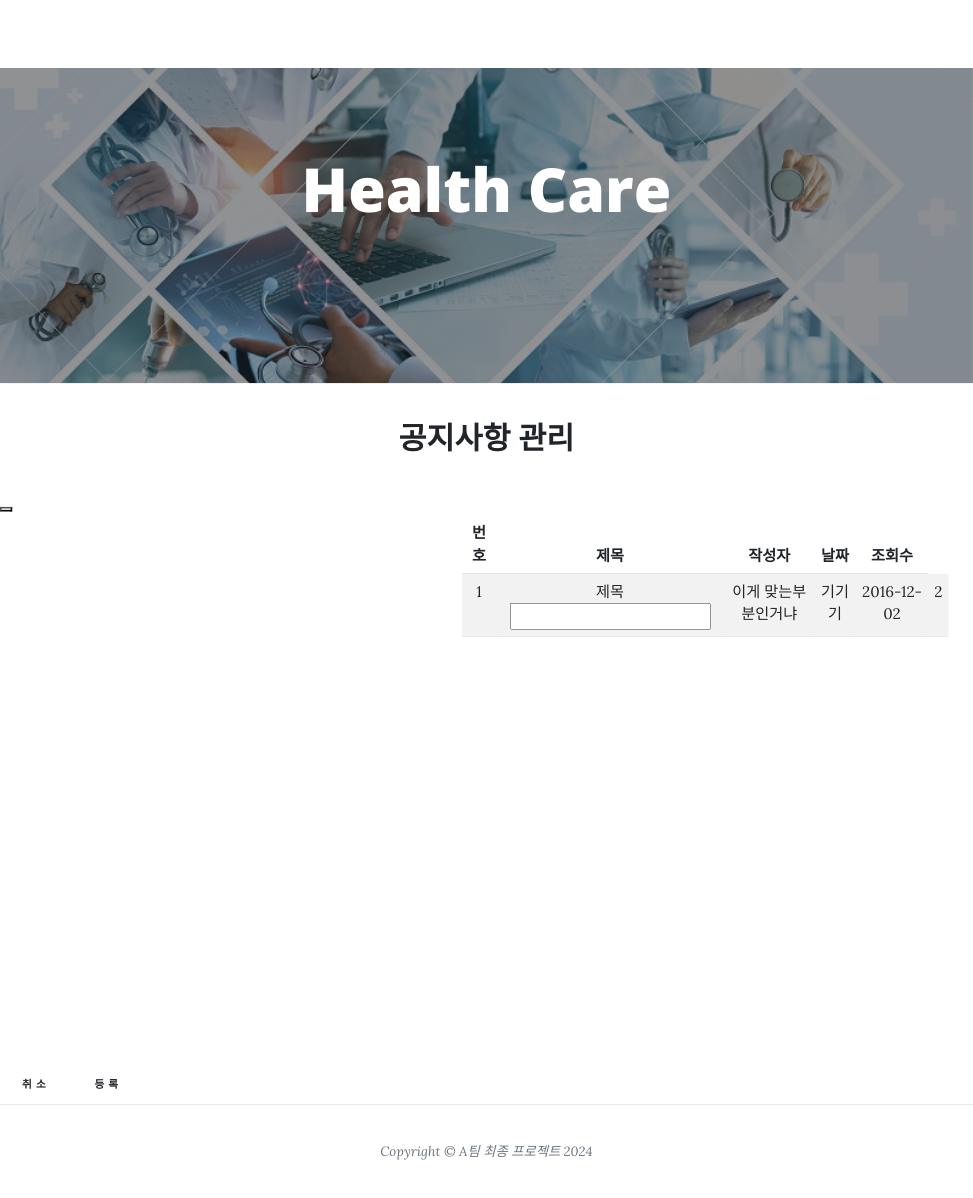
Repository: honsb91/project
Page: http://localhost/hospital/admin/notice.jsp
These files come from the project's save history. The page is drawn as it stood at one moment and after the next save; the edit follows.
The browser window is 1280 px wide. The pictures show the whole page, at 76% of full size.
Some web libraries are served in a nearby version. The page is served by Tomcat 9. Nobody is signed in. The application's start-up code is not run. The template is opened directly, without the code that normally fills it, so the values that code supplies are empty.

Above is the page before, as saved 2024-02-02 04:07:38.
Console error: ReferenceError: $ is not defined

After the next save:
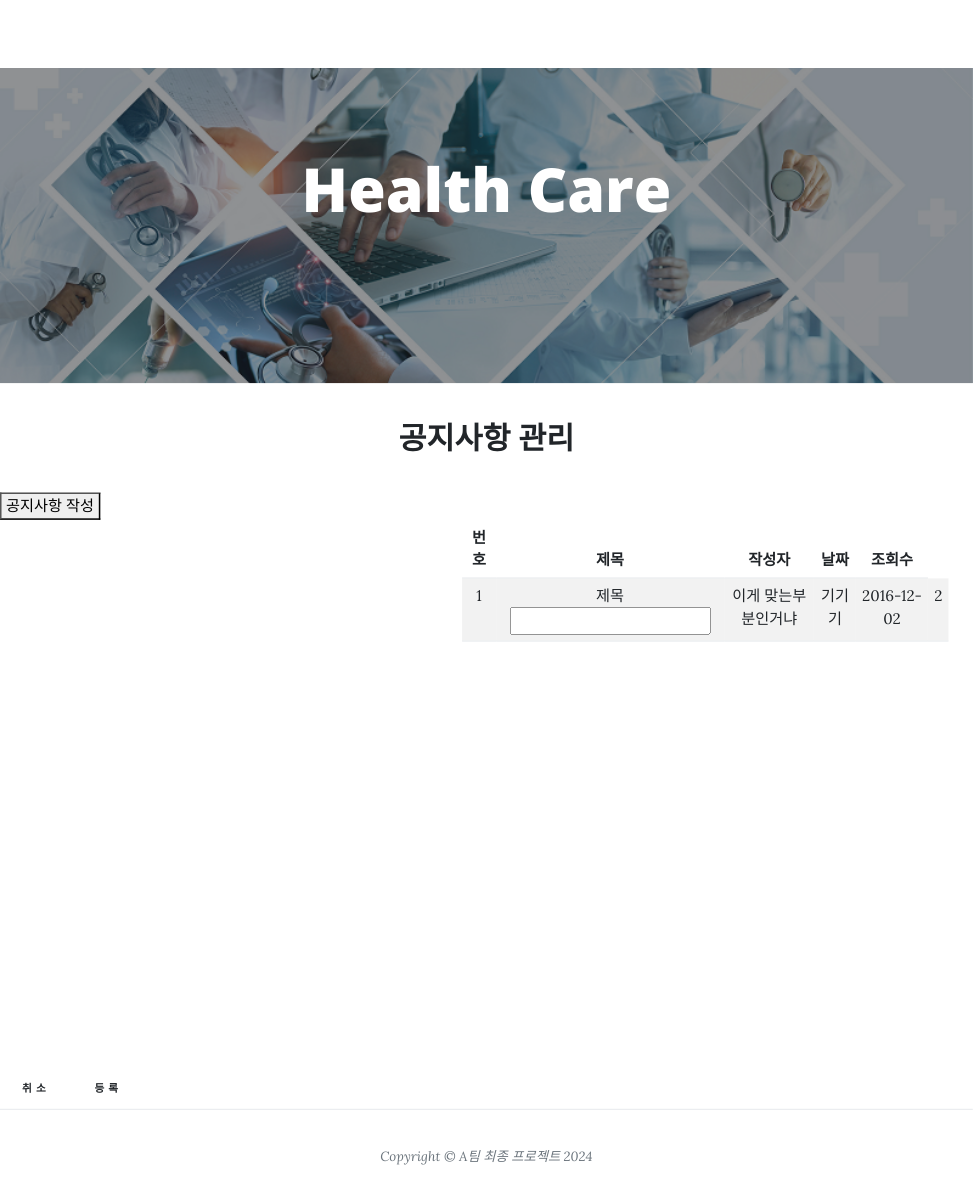
Saved 24 s later.
--- a/hospital/src/main/webapp/admin/notice.jsp
+++ b/hospital/src/main/webapp/admin/notice.jsp
@@ -11,7 +11,7 @@
 <body>
 <h1 class="text-center mb-5">공지사항 관리</h1>
 <form action="/admin/registr" method="post" id="registrForm">
-<button type=""></button>
+<button type="button" id="btnWrite">공지사항 작성</button>
 <table class="table table-striped text-center">
 		<thead>
 			<tr>
